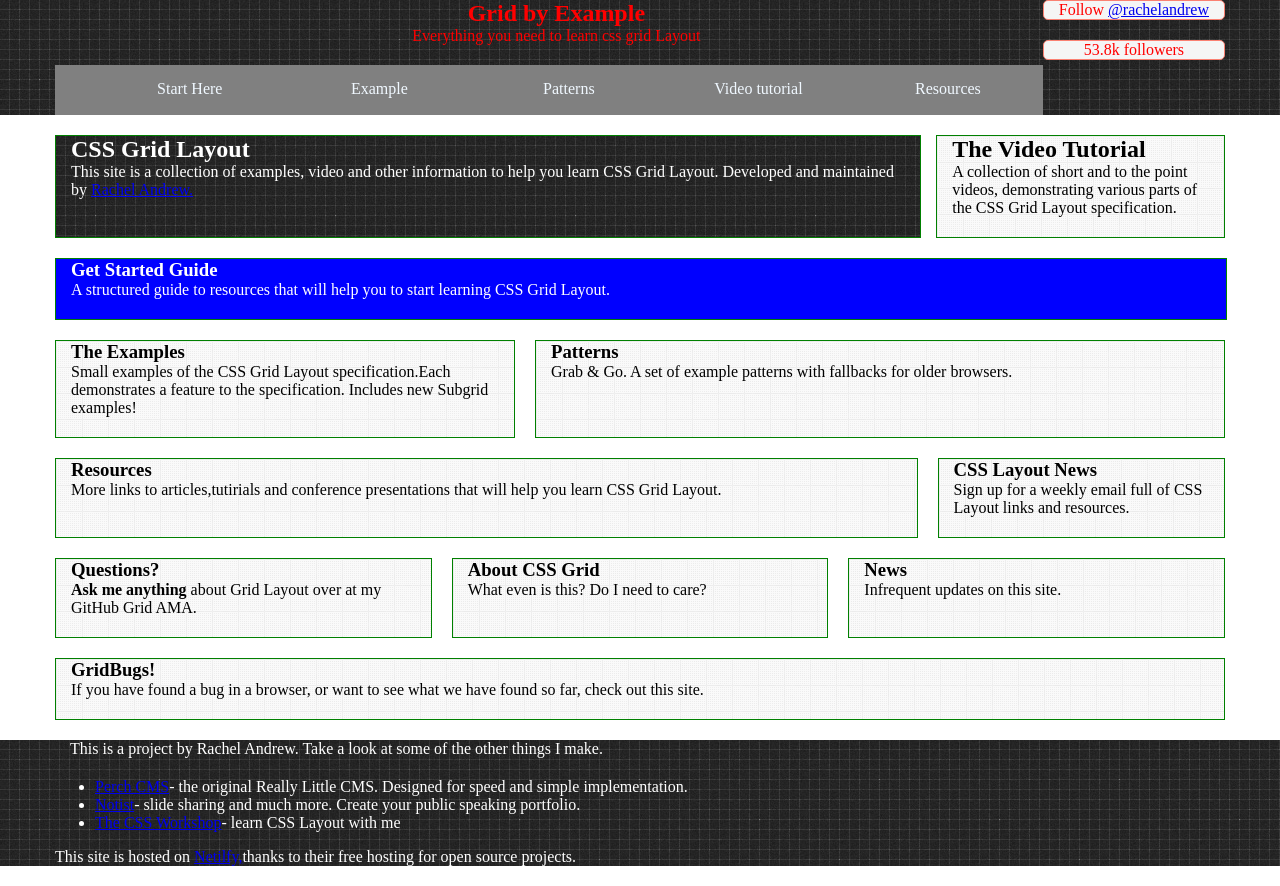
Repository: sitikhusushan/grid
Page: index.html
These files come from the project's save history. The page is drawn as it stood at one moment and after the next save; the edit follows.
The browser window is 1280 px wide. The pictures show the whole page.

Above is the page before, as saved 2020-05-13 09:40:51.

After the next save:
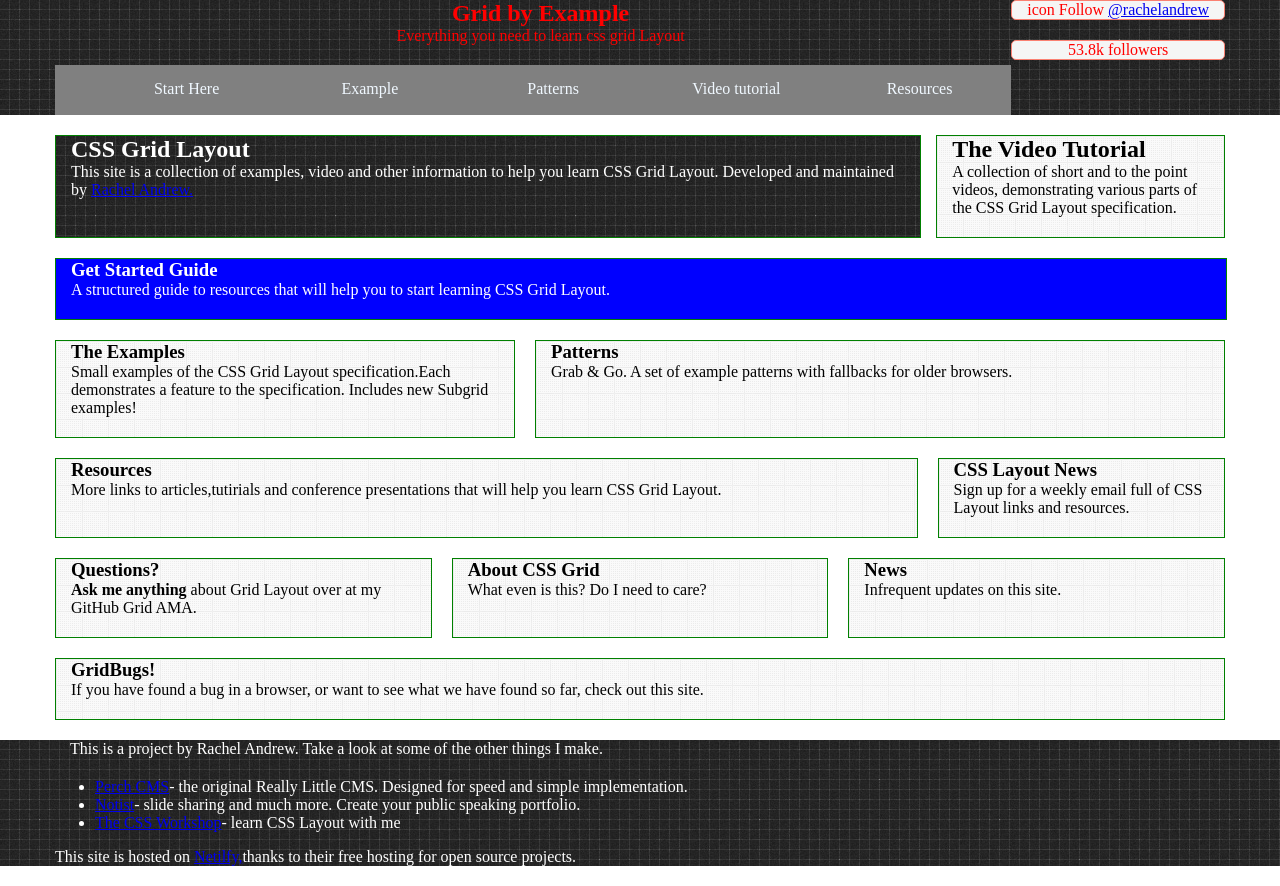
Saved 41 s later.
--- a/index.html
+++ b/index.html
@@ -12,7 +12,7 @@
       <div class="container">
         <div class="balance">
           <div class="social">
-            <p>Follow <a href="#">@rachelandrew</a></p>
+            <p> <mat-icon>icon</mat-icon> Follow <a href="#">@rachelandrew</a></p>
             <p>53.8k followers</p>
           </div>
         <h2>Grid by Example</h2>
